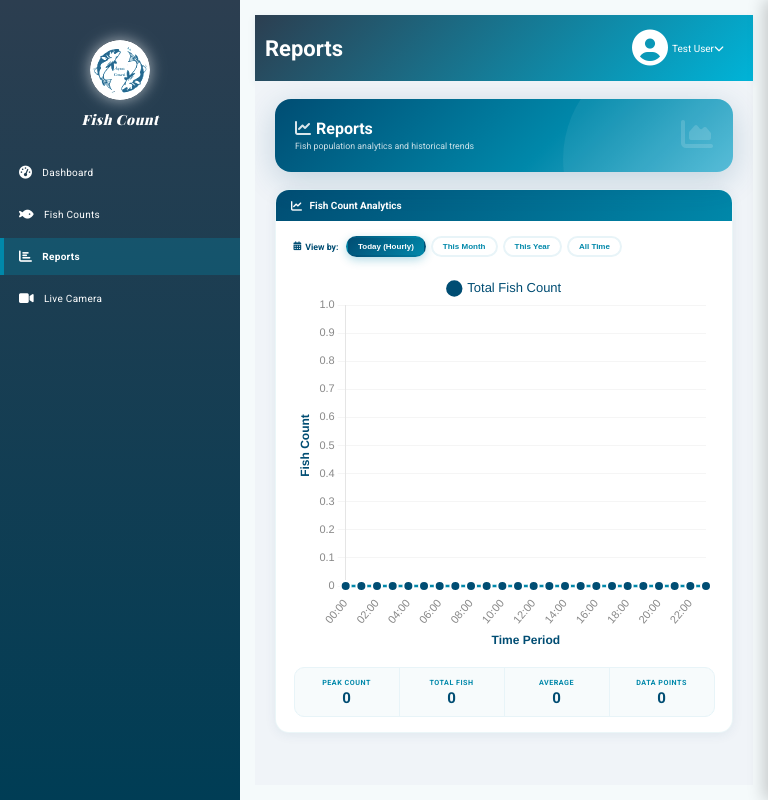
Repository: justinemaesamoranos-sudo/Fish-Counting
Page: http://localhost/reports
These files come from the project's save history. The page is drawn as it stood at one moment and after the next save; the edit follows.
The browser window is 768 px wide. The pictures show the whole page.
An inner scrolling area shows only its first screen. The page is served by the project's Laravel application, run on PHP 8.4 with Laravel 10. A made-up administrator, Test User (test@example.com), is signed in. Queries for data that is not in the repository find no rows.

Above is the page before, as saved 2026-03-10 15:27:03.

After the next save:
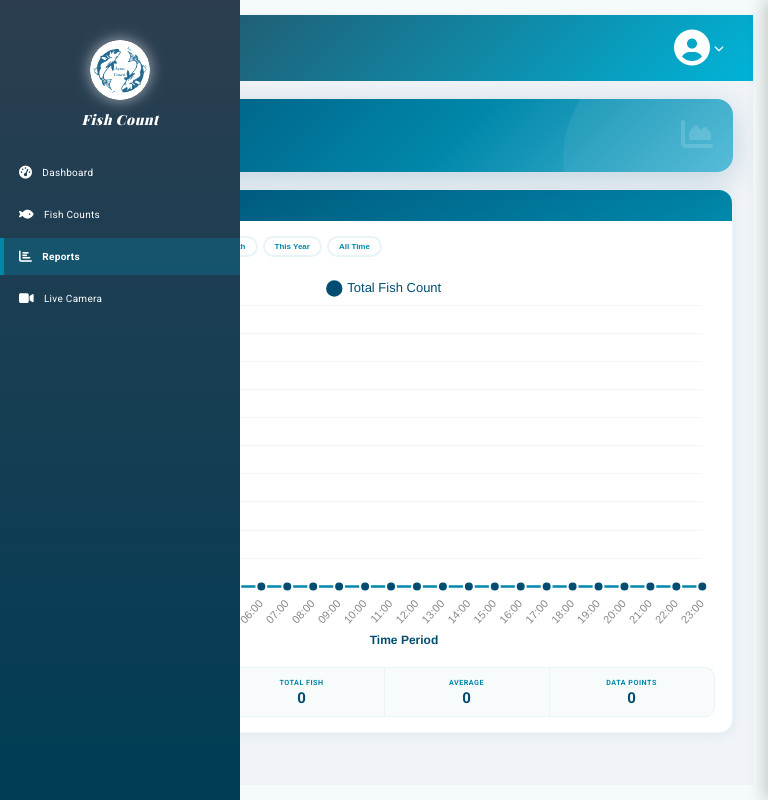
Saved 44 s later.
--- a/resources/views/layouts/app.blade.php
+++ b/resources/views/layouts/app.blade.php
@@ -675,6 +675,15 @@
 }
 
 @media (max-width: 768px) {
+    .sidebar-toggle {
+        display: inline-flex;
+    }
+    .sidebar {
+        width: 240px;
+    }
+    .main-content {
+        margin-left: 0;
+    }
     .dashboard-title {
         font-size: 2.2rem;
     }
@@ -696,6 +705,9 @@
     }
     .status-icon {
         min-width: auto;
+    }
+    .profile-btn span {
+        display: none;
     }
 }
     </style>
